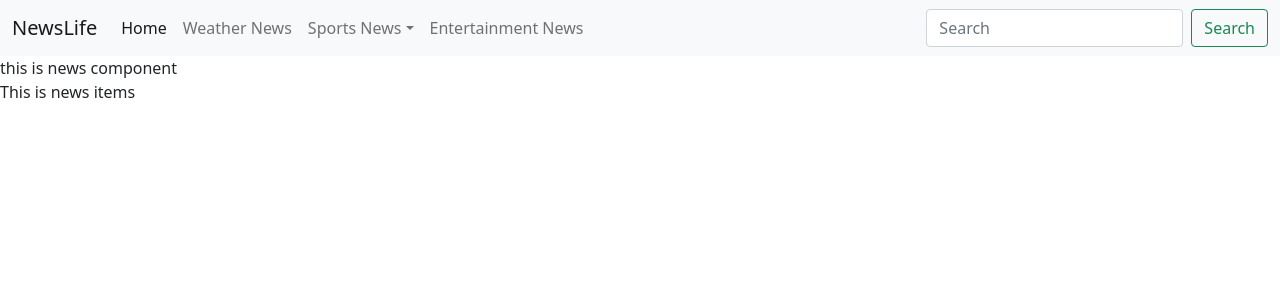
Repository: R-cpu-jpg/Newsapp.github.io
Page: /
The author's editor kept a copy of each file at every save. The page is drawn from the files as they stood at one save, then again after the next save.
The browser window is 1280 px wide. The pictures show the whole page.
The project was rebuilt for these pictures with package versions that can differ from the ones it lists, and the page was loaded fresh each time. Also part of the build but not shown: src/index.css, src/App.css.

Above is the page before, as saved 2023-01-18 11:15:49.

After the next save:
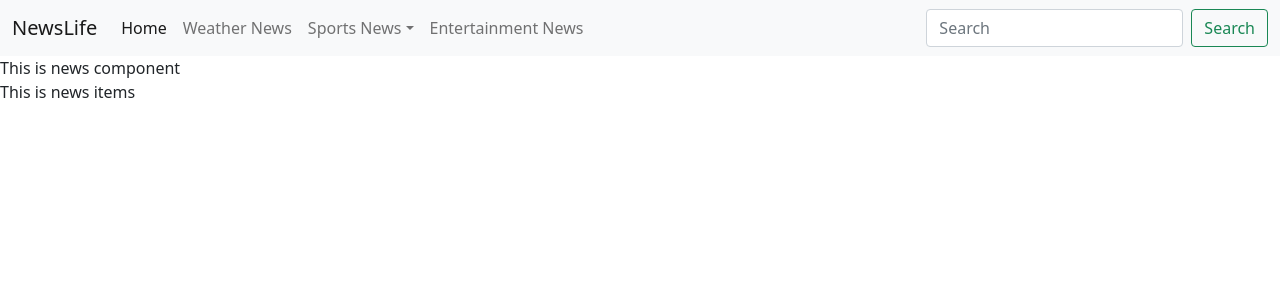
Saved 32 s later.
--- a/src/Components/News.js
+++ b/src/Components/News.js
@@ -4,7 +4,7 @@
   render() {
     return (
       <div>
-        this is news component
+        This is news component
       </div>
     )
   }
